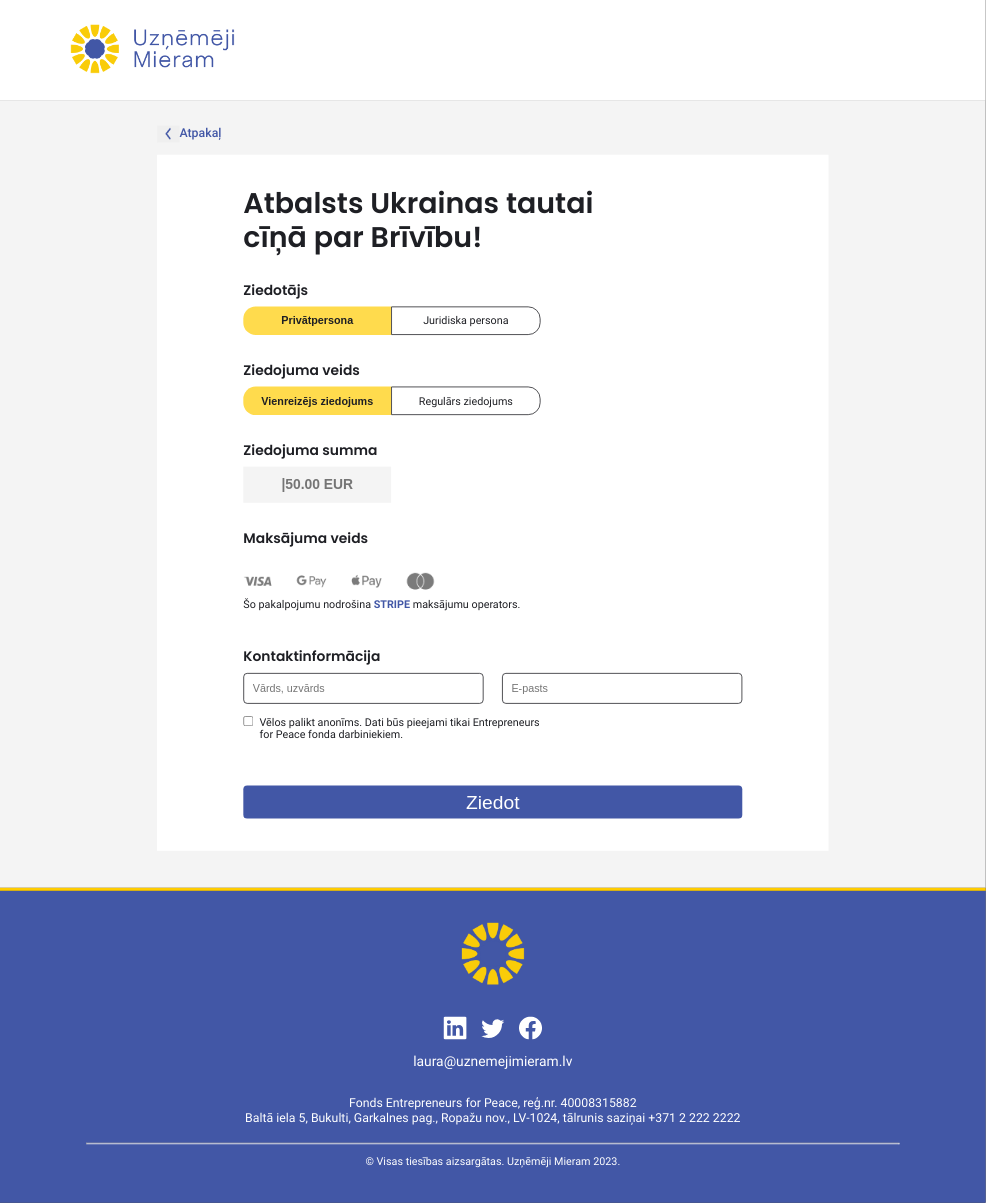
Repository: KatrinaPa/projekts_jul
Page: donate_Ukr-private-onetime.html
The author's editor kept a copy of each file at every save. The page is drawn from the files as they stood at one save, then again after the next save.
The browser window is 1280 px wide. The pictures show the whole page, at 77% of full size.

Above is the page before, as saved 2023-07-21 12:40:43.
Console error: TypeError: Cannot read properties of null (reading 'addEventListener')

### donate_Ukr-private-onetime.html
<!DOCTYPE html>
<html lang="en">

<head>
    <meta charset="UTF-8">
    <meta http-equiv="X-UA-Compatible" content="IE=edge">
    <meta name="viewport" content="width=device-width, initial-scale=1.0">
    <title>Ukrainas tautai</title>
    <link href="https://fonts.googleapis.com/css2?family=Jost:wght@400;700&display=swap" rel="stylesheet" />
    <link rel="stylesheet" href="assets/main.css" />
    <link rel="stylesheet" href="assets/donate-page.css" />
    <link rel="stylesheet" href="assets/donate-page-private-onetime.css" />
    <link rel="stylesheet" href="https://cdnjs.cloudflare.com/ajax/libs/font-awesome/6.2.0/css/all.min.css" />
    <script src="assets/main.js" defer></script>
</head>

<body>
    <div class="panel">
        <header class="header">
            <div class="header-content">
                <nav class="navbar">
                    <a href="sakums.html" id="project-nav-home"><img src="assets/images/UM_logo.png"
                            alt="uznemejiMieram" id="logo"></a>
                    <a href="sakums.html" id="project-nav-home-mob"><img src="assets/images/UM_simbols.png"
                            alt="uznemejiMieram" id="logo-mob"></a>
                </nav>
            </div>
        </header>
        <section id="donate_wrapper" class="donate_section">
            <div class="section-content">
                <div class="donate-centred">

                    <div class="back-toProject"><a href="sakums.html">
                            <button class="back-btn">
                                <img src="assets/images/arrow_left.png" alt="left" id="arrow-left">
                            </button>
                            <div>
                                <div>Atpakaļ</div>
                            </div>
                        </a></div>

                    <div class="donate_page">
                        <h1>Atbalsts Ukrainas tautai cīņā par Brīvību!</h1>
                        <div class="donation_type">
                            <h4>Ziedotājs</h4>
                            <div>
                                <button class="individual" id="individual-donate">Privātpersona</button>
                                <a href="donate_Ukr-legal-onetime.html" class="legal" id="legal-donate">Juridiska
                                    persona</a>
                            </div>
                            <h4>Ziedojuma veids</h4>
                            <div>
                                <button class="one-time" id="one-time-donate">Vienreizējs ziedojums</button>
                                <a href="donate_Ukr-private-regular.html" class="regular" id="regular-donate">Regulārs
                                    ziedojums</a>
                            </div>
                            <h4>Ziedojuma summa</h4>
                            <div>
                                <input class="enter-donation" type="text" placeholder="|50.00 EUR" />
                            </div>
                            <h4>Maksājuma veids</h4>
                            <div class="payment_logo">
                                <img src="assets/images/Visa_logo.png" alt="Visa" id="visa_logo">
                                <img src="assets/images/googlepay_logo.png" alt="Google Pay" id="google-pay_logo">
                                <img src="assets/images/applepay_logo.png" alt="Apple Pay" id="apple-pay_logo">
                                <img src="assets/images/MasterCard_logo.png" alt="MasterCard" id="master-card_logo">
                            </div>
                            <p>Šo pakalpojumu nodrošina <span>STRIPE</span> maksājumu operators.</p>
                        </div>
                        <div class="contact-details">
                            <h4>Kontaktinformācija</h4>
                            <form action="#" class="placehold_button">
                                <div class="inputs-details">
                                    <input type="text" placeholder="Vārds, uzvārds" />
                                    <input type="email" placeholder="E-pasts" />
                                </div>
                                <div class="checkbox_display">
                                    <div>
                                        <input type="checkbox" name="no-display" id="display-no" />
                                        <label for="display-no">Vēlos palikt anonīms. Dati būs pieejami tikai
                                            Entrepreneurs for Peace fonda darbiniekiem.</label>
                                    </div>
                                </div>
                                <button type="submit" class="buttonContinue">Ziedot</button>
                            </form>
                        </div>
                    </div>
                </div>
            </div>
        </section>
        <div class="yellow-bottom"></div>
        </main>
        <footer>
            <div class="about">
                <img src="assets/images/UM_simbols.png" alt="uznemejiMieram">
                <div class="social">
                    <svg xmlns="http://www.w3.org/2000/svg" width="30" height="30" fill="#ffffff" class="bi bi-linkedin"
                        viewBox="0 0 16 16">
                        <path
                            d="M0 1.146C0 .513.526 0 1.175 0h13.65C15.474 0 16 .513 16 1.146v13.708c0 .633-.526 1.146-1.175 1.146H1.175C.526 16 0 15.487 0 14.854V1.146zm4.943 12.248V6.169H2.542v7.225h2.401zm-1.2-8.212c.837 0 1.358-.554 1.358-1.248-.015-.709-.52-1.248-1.342-1.248-.822 0-1.359.54-1.359 1.248 0 .694.521 1.248 1.327 1.248h.016zm4.908 8.212V9.359c0-.216.016-.432.08-.586.173-.431.568-.878 1.232-.878.869 0 1.216.662 1.216 1.634v3.865h2.401V9.25c0-2.22-1.184-3.252-2.764-3.252-1.274 0-1.845.7-2.165 1.193v.025h-.016a5.54 5.54 0 0 1 .016-.025V6.169h-2.4c.03.678 0 7.225 0 7.225h2.4z" />
                    </svg>
                    <svg xmlns="http://www.w3.org/2000/svg" width="30" height="30" fill="#ffffff" class="bi bi-twitter"
                        viewBox="0 0 16 16">
                        <path
                            d="M5.026 15c6.038 0 9.341-5.003 9.341-9.334 0-.14 0-.282-.006-.422A6.685 6.685 0 0 0 16 3.542a6.658 6.658 0 0 1-1.889.518 3.301 3.301 0 0 0 1.447-1.817 6.533 6.533 0 0 1-2.087.793A3.286 3.286 0 0 0 7.875 6.03a9.325 9.325 0 0 1-6.767-3.429 3.289 3.289 0 0 0 1.018 4.382A3.323 3.323 0 0 1 .64 6.575v.045a3.288 3.288 0 0 0 2.632 3.218 3.203 3.203 0 0 1-.865.115 3.23 3.23 0 0 1-.614-.057 3.283 3.283 0 0 0 3.067 2.277A6.588 6.588 0 0 1 .78 13.58a6.32 6.32 0 0 1-.78-.045A9.344 9.344 0 0 0 5.026 15z" />
                    </svg>
                    <svg xmlns="http://www.w3.org/2000/svg" width="30" height="30" fill="#ffffff" class="bi bi-facebook"
                        viewBox="0 0 16 16">
                        <path
                            d="M16 8.049c0-4.446-3.582-8.05-8-8.05C3.58 0-.002 3.603-.002 8.05c0 4.017 2.926 7.347 6.75 7.951v-5.625h-2.03V8.05H6.75V6.275c0-2.017 1.195-3.131 3.022-3.131.876 0 1.791.157 1.791.157v1.98h-1.009c-.993 0-1.303.621-1.303 1.258v1.51h2.218l-.354 2.326H9.25V16c3.824-.604 6.75-3.934 6.75-7.951z" />
                    </svg>
                </div>
                <div class="contacts">
                    <p>laura@uznemejimieram.lv</p>
                    <p>Fonds Entrepreneurs for Peace, reģ.nr. 40008315882 <br> Baltā iela 5, Bukulti, Garkalnes pag.,
                        Ropažu
                        nov., LV-1024, tālrunis saziņai +371 2 222 2222</p>
                </div>
            </div>
            <div class="copy">
                <hr>
                <p>© Visas tiesības aizsargātas. Uzņēmēji Mieram 2023.</p>
            </div>
        </footer>
    </div>

</body>

</html>

### assets/donate-page.css
#donate_wrapper {
    background-color: #f4f4f4;
}

.donate_section {
    font-family: 'Roboto';
}

.donate-centred {
    display: flex;
    align-items: center;
    flex-direction: column;
}

.back-toProject {
    width: 54.5rem;
    padding: 2rem 0 1rem 0;
}

.back-toProject a {
    text-decoration: none;
    color: #4257A6;
    font-size: 16px;
    font-weight: 500;
    margin-block-start: 0;
    display: flex;
}

.back-btn {
    border: 0;
    cursor: pointer;
}

.back-btn img {
    width: 45%;
    padding-top: 0.1rem;
}

.donate_page {
    width: 54.5rem;
    background-color: #ffffff;
    color: #1E1F24;
    margin-bottom: 3rem;
}

h1 {
    color: #1E1F24;
    font-weight: 600;
    font-size: 37px;
    line-height: 45px;
    padding: 2.5rem 7rem 0 7rem;
    width: 60%;
}

.donation_type {
    padding: 0 7rem 0 7rem;
}

h4 {
    font-size: 18px;
    font-weight: 600;
    margin: 2rem 0 0.5rem 0;
    font-family: 'Poppins';
}

.donation_type div {
    display: flex;
    flex-direction: row;
    justify-content: flex-start;
}

.info-regular {
    display: flex;
    gap: 0.6rem;
}

.info-regular img {
    width: 18px;
    height: 18px;
    margin-block-start: 1.2rem;
}

.donation_type p {
    font-size: 14px;
    font-weight: 400;
    margin-block-start: 0.7rem;
}

.donation_type span {
    color: #4257A6;
    font-weight: 600;
}

.checkbox_display div {
    display: flex;
    flex-direction: row;
    align-items: flex-start;
    gap: 0.5rem;
    width: 60%;
}

#display-no {
    width: 1rem;
    margin: 0;
}

.checkbox_display label {
    font-size: 14px;
    font-weight: 400;
}

.one-time,
.individual {
    color: #1E1F24;
    font-size: 14px;
    padding: 0.6rem 0;
    width: 12rem;
    text-align: center;
    text-decoration: none;
    border: none;
    border-radius: 16px 0 0 16px;
    font-weight: 400;
    margin-block-end: 0;
    cursor: pointer;
}

.legal,
.regular {
    color: #1E1F24;
    font-size: 14px;
    padding: 0.6rem 0;
    width: 12rem;
    text-align: center;
    text-decoration: none;
    border: none;
    border-radius: 0 16px 16px 0;
    font-weight: 400;
    margin-block-end: 0;
    cursor: pointer;
}

.legal:hover,
.regular:hover,
.one-time:hover,
.individual:hover {
    background-color: #ffcc00;
    font-weight: 600;
}

.enter-donation {
    background-color: #f4f4f4;
    color: #615c5c;
    font-size: 18px;
    padding: 0.8rem 0;
    width: 12rem;
    text-align: center;
    border: none;
    font-weight: 600;
    margin-block-start: 0;
}

.payment_logo {
    align-items: center;
    gap: 2rem;
    margin-top: 2rem;
}

#visa_logo,
#google-pay_logo,
#apple-pay_logo,
#master-card_logo {
    cursor: pointer;
}

.contact-details {
    display: flex;
    flex-direction: column;
    padding: 0 7rem 0 7rem;
}

.inputs-details {
    display: flex;
    gap: 1.5rem;
    margin-bottom: 1rem;
}

.contact-details input {
    border-radius: 5px;
    padding: 0.7rem 0.7rem;
    width: 100%;
    border: solid 1px #1E1F24;
    font-size: 14px;
}

.buttonContinue {
    margin: 3.6rem 0 2.6rem 0;
    width: 100%;
    background-color: #4257A6;
    color: #ffffff;
    font-size: 25px;
    font-weight: 500;
    height: 2.69rem;
    text-decoration: none;
    border-radius: 5px;
    border: none;
    cursor: pointer;
}

.yellow-bottom {
    height: 0.25rem;
    background-color: #ffcc00;
}

@media (min-width: 1280px) {

    .section-content {
        margin: 0 auto;
        padding: 0;
    }
}

@media screen and (max-width: 1279px) {

    .back-toProject {
        width: 84%;
    }

    .donate_page {
        width: 26rem;
    }

    .inputs-details {
        gap: 0.5rem;
    }
}

@media screen and (max-width: 700px) {

    .back-toProject {
        width: 87%;
    }

    .inputs-details {
        margin-bottom: 2rem;
        flex-direction: column;
    }

    .placehold_button {
        padding-right: 2rem;
    }

    .one-time,
    .regular,
    .individual,
    .legal {
        width: 11rem;
    }

    .donate_page {
        width: 19rem;
        padding: 2rem 1rem 4rem 1rem;
    }
}

### assets/donate-page-private-onetime.css
#one-time-donate {
    background-color: #FFDB4D;
    font-weight: 600;
    cursor: auto;
}

#regular-donate {
    background-color: #ffffff;
    border: 1px solid #1E1F24;
}

#regular-donate:hover {
    background-color: #ffcc00;
    border: none;
}

#individual-donate {
    background-color: #FFDB4D;
    font-weight: 600;
    cursor: auto;
}

#legal-donate {
    background-color: #ffffff;
    border: 1px solid #1E1F24;
}

#legal-donate:hover {
    background-color: #ffcc00;
    border: none;
}

Loaded but not shown: assets/main.js (97 lines, source omitted); assets/main.css (1433 lines, source omitted)

After the next save:
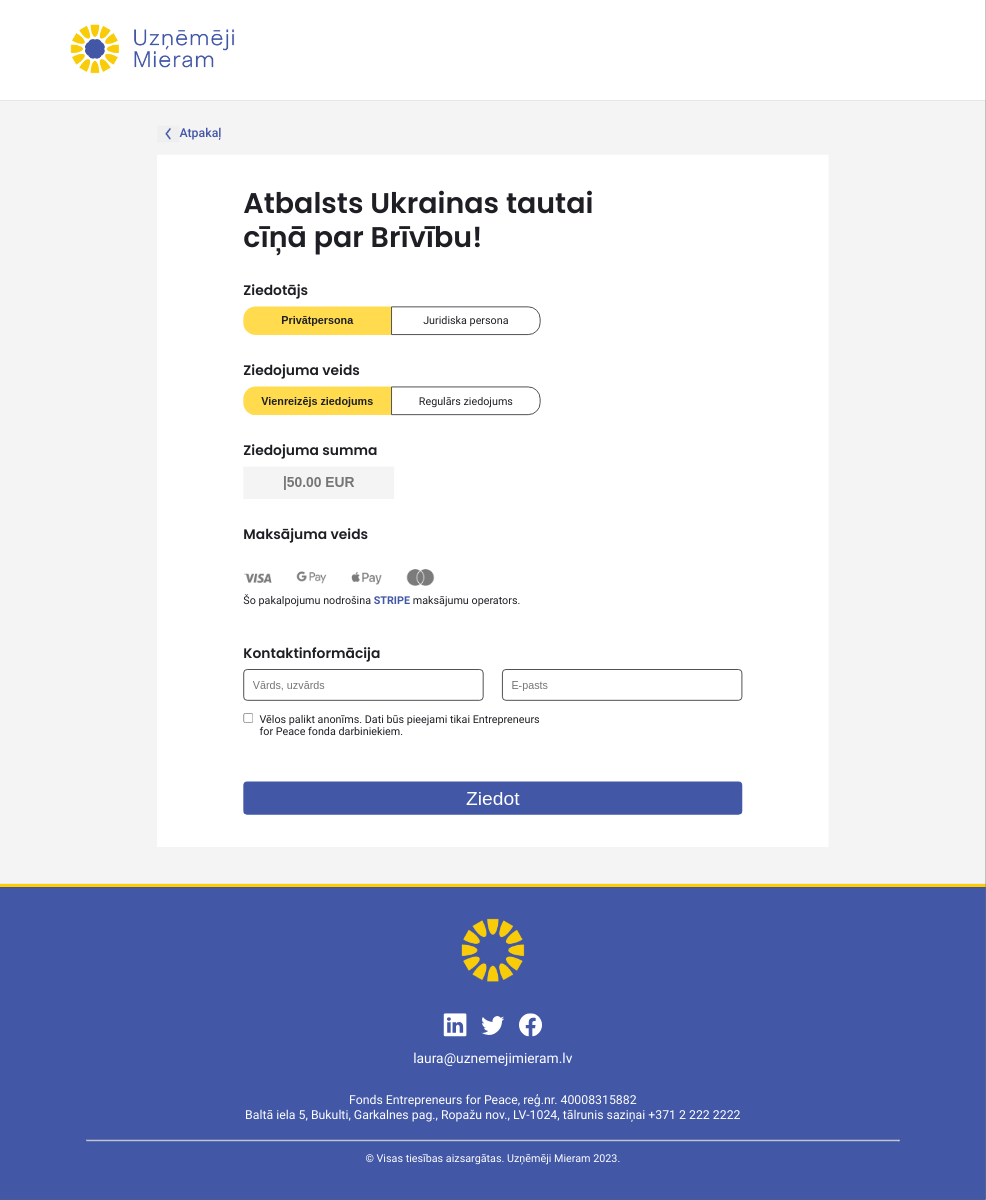
Saved 4 min 22 s later.
--- a/assets/donate-page.css
+++ b/assets/donate-page.css
@@ -151,11 +151,11 @@
     background-color: #f4f4f4;
     color: #615c5c;
     font-size: 18px;
-    padding: 0.8rem 0;
+    height: 2.5rem;
     width: 12rem;
     text-align: center;
     border: none;
-    font-weight: 600;
+    font-weight: 700;
     margin-block-start: 0;
 }
 
